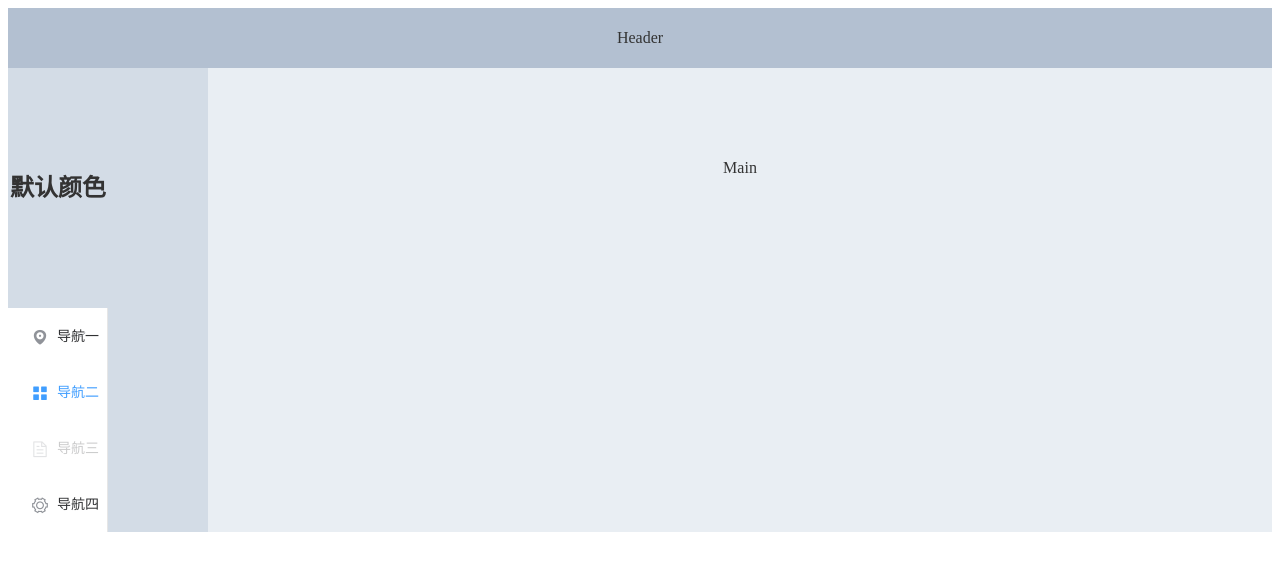
Repository: 960519152/elementui-demo-byf
Page: /
An editor plug-in stored every save of this project. The page is shown before and after the next save, followed by the edit.
The browser window is 1280 px wide. The pictures show the whole page.
The project was rebuilt for these pictures with package versions that can differ from the ones it lists, and the page was loaded fresh each time.

Above is the page before, as saved 2019-05-13 16:05:46.

### index.html
<!DOCTYPE html>
<html>
  <head>
    <meta charset="utf-8">
    <meta name="viewport" content="width=device-width,initial-scale=1.0">
    <title>vue-examine-backend</title>
  </head>
  <body>
    <div id="app"></div>
    <!-- built files will be auto injected -->
  </body>
</html>

### src/main.js
// The Vue build version to load with the `import` command
// (runtime-only or standalone) has been set in webpack.base.conf with an alias.
import Vue from 'vue'
import App from './App'
import router from './router' //路由
import ElementUI from 'element-ui'; //饿了么UI
import 'element-ui/lib/theme-chalk/index.css';  //饿了么UI

Vue.config.productionTip = false
Vue.use(ElementUI); //饿了么UI



/* eslint-disable no-new */
new Vue({
  el: '#app',
  router,
  components: { App },
  template: '<App/>'
})

### src/App.vue
<template>
  <div id="app">
    <el-container>
      <el-header>Header</el-header>
      <el-container>
        <el-aside width="200px">
          <el-row class="tac">
            <el-col :span="12">
              <h2>默认颜色</h2>
              <el-menu default-active="2" class="el-menu-vertical-demo" @open="handleOpen" @close="handleClose">
                <el-submenu index="1">
                  <template slot="title">
                    <i class="el-icon-location"></i>
                    <span>导航一</span>
                  </template>
                  <el-menu-item-group>
                    <template slot="title">分组一</template>
                    <el-menu-item index="1-1">选项1</el-menu-item>
                    <el-menu-item index="1-2">选项2</el-menu-item>
                  </el-menu-item-group>
                  <el-menu-item-group title="分组2">
                    <el-menu-item index="1-3">选项3</el-menu-item>
                  </el-menu-item-group>
                  <el-submenu index="1-4">
                    <template slot="title">选项4</template>
                    <el-menu-item index="1-4-1">选项1</el-menu-item>
                  </el-submenu>
                </el-submenu>
                <el-menu-item index="2">
                  <i class="el-icon-menu"></i>
                  <span slot="title">导航二</span>
                </el-menu-item>
                <el-menu-item index="3" disabled>
                  <i class="el-icon-document"></i>
                  <span slot="title">导航三</span>
                </el-menu-item>
                <el-menu-item index="4">
                  <i class="el-icon-setting"></i>
                  <span slot="title">导航四</span>
                </el-menu-item>
              </el-menu>
            </el-col>
          </el-row>

        </el-aside>
        <el-main>Main</el-main>
      </el-container>
    </el-container>
    <router-view></router-view>
  </div>
</template>

<script>
  export default {
    name: 'App',
    methods: {
      handleOpen(key, keyPath) {
        console.log(key, keyPath);
      },
      handleClose(key, keyPath) {
        console.log(key, keyPath);
      }
    }
  }

</script>

<style>
  .el-header,
  .el-footer {
    background-color: #B3C0D1;
    color: #333;
    text-align: center;
    line-height: 60px;
  }

  .el-aside {
    background-color: #D3DCE6;
    color: #333;
    text-align: center;
    line-height: 200px;
  }

  .el-main {
    background-color: #E9EEF3;
    color: #333;
    text-align: center;
    line-height: 160px;
  }

  body>.el-container {
    margin-bottom: 40px;
  }

  .el-container:nth-child(5) .el-aside,
  .el-container:nth-child(6) .el-aside {
    line-height: 260px;
  }

  .el-container:nth-child(7) .el-aside {
    line-height: 320px;
  }

</style>

### src/components/HelloWorld.vue
<template>
  <div class="hello">

  </div>
</template>

<script>
export default {
  name: 'HelloWorld',
  data () {
    return {
      msg: 'Welcome to Your Vue.js App'
    }
  }
}
</script>

<!-- Add "scoped" attribute to limit CSS to this component only -->
<style scoped>

</style>

Loaded but not shown: src/router/index.js (common file)

After the next save:
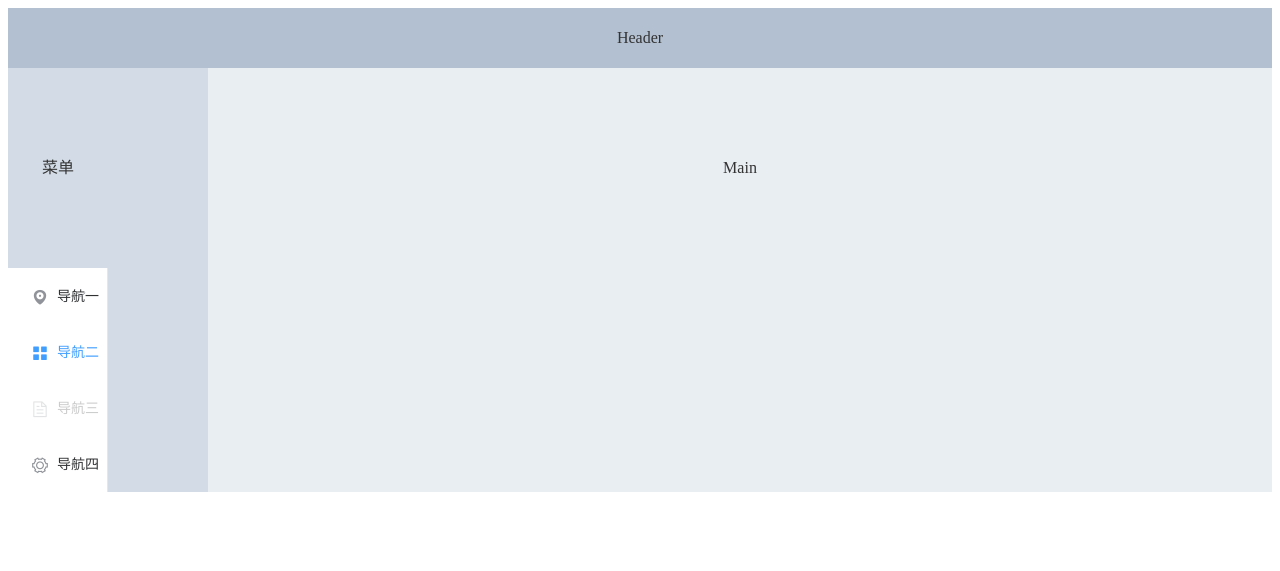
Saved 15 s later.
--- a/src/App.vue
+++ b/src/App.vue
@@ -6,7 +6,7 @@
         <el-aside width="200px">
           <el-row class="tac">
             <el-col :span="12">
-              <h2>默认颜色</h2>
+             <div>菜单</div>
               <el-menu default-active="2" class="el-menu-vertical-demo" @open="handleOpen" @close="handleClose">
                 <el-submenu index="1">
                   <template slot="title">
